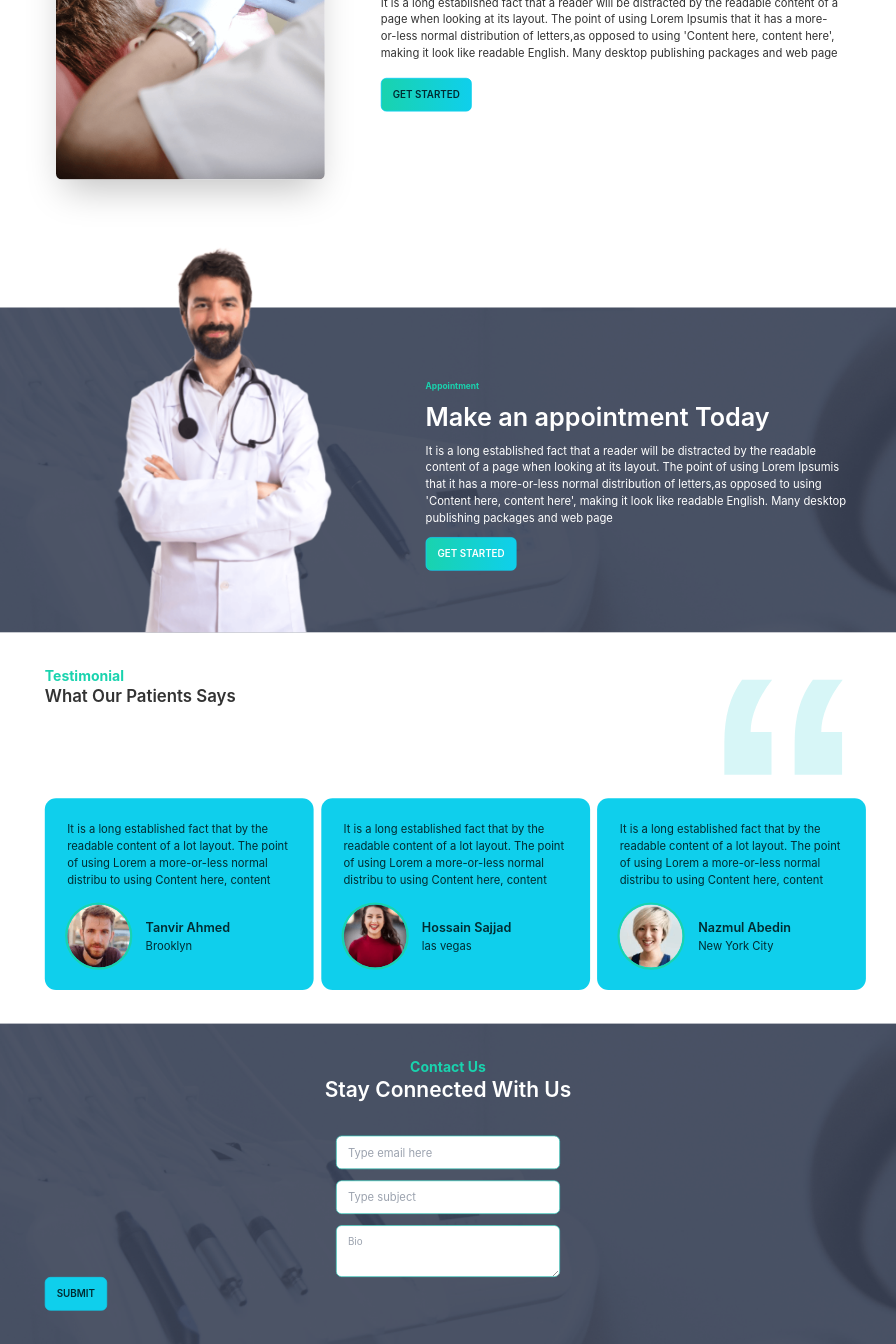
Repository: Tanvir3744/Doctors-client-website
Page: /
These files come from the project's save history. The page is drawn as it stood at one moment and after the next save; the edit follows.
The browser window is 1280 px wide. The pictures show the part of the page from y = 1716 to 3636 px (the page is 3636 px tall), at 70% of full size.
The project was rebuilt for these pictures with package versions that can differ from the ones it lists, and the page was loaded fresh each time. Also part of the build but not shown: src/Pages/About/About.js, src/Pages/Login/Login.js, src/Pages/NotFound/NotFound.js.

Above is the page before, as saved 2022-05-25 23:35:41.

After the next save:
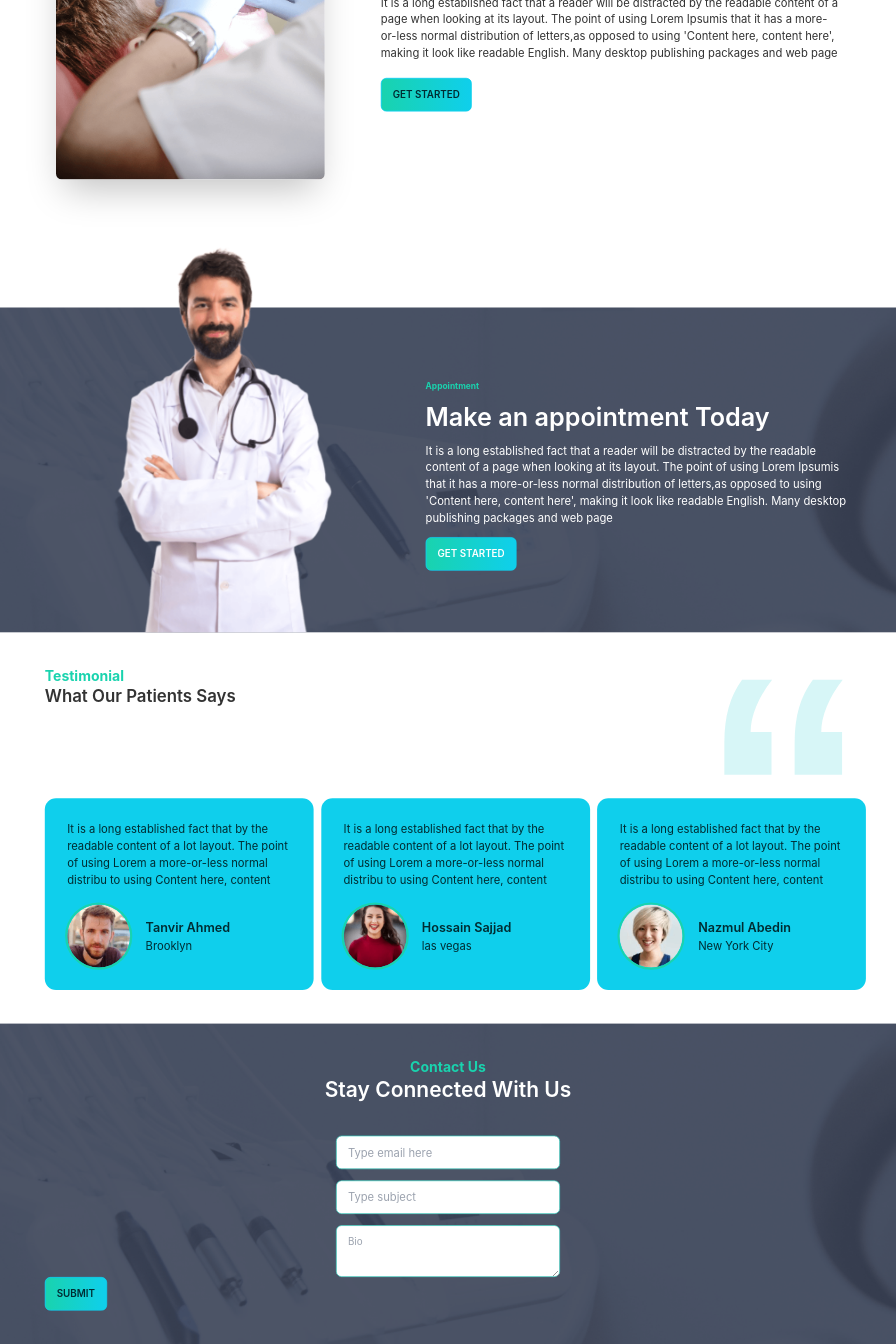
Saved 20 s later.
--- a/src/Pages/Home/ContactUs.js
+++ b/src/Pages/Home/ContactUs.js
@@ -12,7 +12,7 @@ const ContactUs = () => {
                 <input type="text" placeholder="Type subject" className="mt-4 input input-bordered input-accent w-full lg:max-w-xs" />
                 <textarea className="mt-4 textarea textarea-accent input-borderd w-full lg:max-w-xs" placeholder="Bio"></textarea>
             </div>
-            <button className="btn btn-primary">Submit</button>
+            <button className="btn btn-primary bg-gradient-to-r from-secondary to-primary">Submit</button>
         </section>
     );
 };
